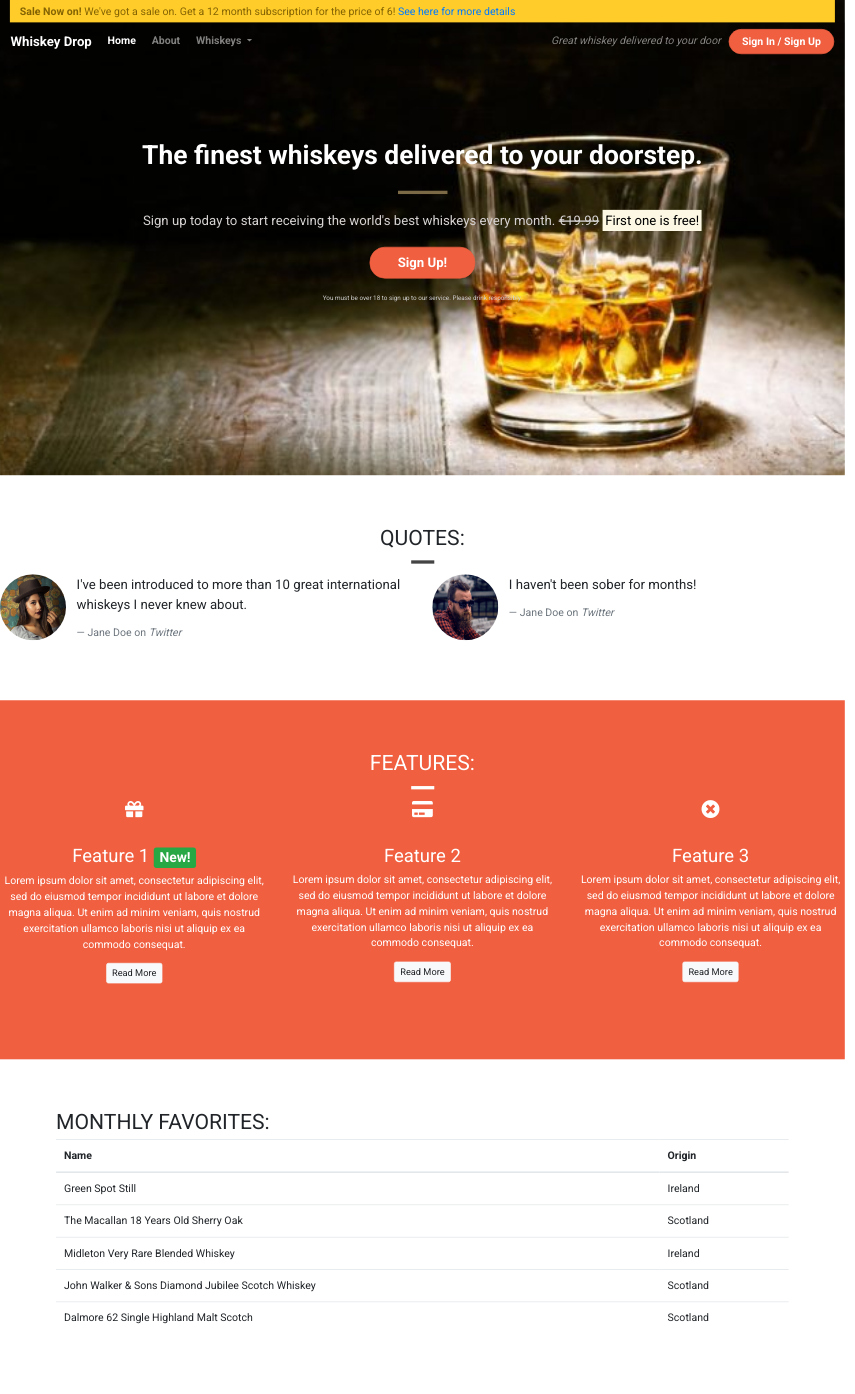
Repository: grisselfaura/BootstrappingYourNextBigIdea-BS4
Page: index.html
The author's editor kept a record of every edit. The page is drawn from the files as they stood at one moment, then again after the next edit.
The browser window is 1280 px wide. The page is 1295 px wide, so the pictures cover 1295 px, including what lies to the right of the window. The pictures show the whole page, at 66% of full size.
Backgrounds fixed to the window are drawn as part of the page. Some web libraries are served in a nearby version.

Above is the page before.

### index.html
<!DOCTYPE html>
<html lang="en-us">

<head>
    <meta charset="utf-8">
    <meta name="viewport" content="width=device-width, initial-scale=1.0">
    <title>Whiskey Drop | Taste a new whiskey every month</title>
    <link rel="stylesheet" href="https://maxcdn.bootstrapcdn.com/bootstrap/4.1.3/css/bootstrap.min.css">
    <link rel="stylesheet" href="https://use.fontawesome.com/releases/v5.6.1/css/all.css" integrity="sha384-gfdkjb5BdAXd+lj+gudLWI+BXq4IuLW5IT+brZEZsLFm++aCMlF1V92rMkPaX4PP" crossorigin="anonymous">
    <link href="https://fonts.googleapis.com/css?family=Roboto:400,700&display=swap" rel="stylesheet">
    <link rel="stylesheet" href="css/style.css" type="text/css" />
</head>

<body>
    <div class="container-fluid navalert-container">
        <div class="container-fluid alert-container">
            <div class="row d-none d-sm-block">
                <div class="col-12">
                    <div class="site-wide-alert alert-warning">
                        <strong>Sale Now on!</strong> We've got a sale on. Get a 12 month subscription for the price of 6! <a href="">See here for more details</a>
                    </div>
                </div>
            </div>
        </div>
        <nav class="navbar navbar-dark navbar-expand-sm">
            <a href="/" class="navbar-brand">Whiskey Drop</a>

            <button class="navbar-toggler ml-auto" type="button" data-toggle="collapse" data-target="#navbarNavDropdown" aria-controls="navbarNavDropdown" aria-expanded="false" aria-label="Toggle navigation">
            <span class="navbar-toggler-icon"></span></button>

            <div class="collapse navbar-collapse" id="navbarNavDropdown">
                <ul class="navbar-nav mr-auto">
                    <li class="active nav-item mr-2"><a class="nav-link" href="/">Home</a></li>
                    <li class="nav-item mr-2"><a class="nav-link" href="">About</a></li>
                    <li class="nav-item dropdown">
                        <a class="nav-link dropdown-toggle" href="#" id="navbarDropdownMenuLink" role="button" data-toggle="dropdown" aria-haspopup="true" aria-expanded="false">
                  Whiskeys
            </a>
                        <div class="dropdown-menu" aria-labelledby="navbarDropdownMenuLink">
                            <a class="dropdown-item" href="#">Irish</a>
                            <a class="dropdown-item" href="#">Scotch</a>
                            <a class="dropdown-item" href="#">Japanese</a>
                            <a class="dropdown-item" href="#">American</a>
                        </div>
                    </li>

                    <li class="nav-item mr-2 d-block d-sm-none"><a class="nav-link" href="">Sign In / Sign Up</a></li>
                </ul>
            </div>
            <div class="d-none d-md-block">
                <p class="navbar-text my-auto mr-2"><i>Great whiskey delivered to your door</i></p>
                <a href="/login" class="btn btn--cta btn--red">Sign In / Sign Up</a>
            </div>
            <!--</div>-->
        </nav>
    </div>
    <!-- Callout -->
    <div class="container-fluid callout-container">
        <div class="opaque-overlay">&nbsp;</div>
        <div class="row">
            <div class="col-12">
                <section class="callout jumbotron text-center">
                    <h1 class="jumbotron-header">The finest whiskeys delivered to your doorstep.</h1>
                    <hr class="block-divider block-divider--orange">

                    <p class="lead">Sign up today to start receiving the world's best whiskeys every month.
                        <s class="d-none d-sm-inline">€19.99</s>
                        <span class="d-inline d-sm-none"><br></span>
                        <strong><mark>First one is free!</mark></strong></p>
                    <p><button class="btn btn-lg btn--cta btn--red" data-toggle="modal" data-target="#signUpModal">Sign Up!</button></p>
                    <p class="text-muted"><small>You must be over 18 to sign up to our service. Please drink responsibly.</small></p>
                </section>
            </div>
        </div>
    </div>
    <!-- /.callout -->

    <!-- Quotes -->
    <div class="container-wrapper">
        <div class="cointainer quotes-container content-container">
            <section class="quotes">
                <div class="row">
                    <div class="col-12 page-header">
                        <h2 class="text-uppercase">Quotes:</h2>
                        <hr class="block-divider block-divider--short">
                    </div>
                </div>
                <div class="row">
                    <div class="col-12 col-md-6">
                        <div class="media">
                            <div class="d-none d-sm-block">
                                <img src="images/girl-image.png" class="rounded-circle mr-3" height=100 width=100>
                            </div>
                            <div class="media-body">
                                <blockquote class="blockquote">
                                    <p>I've been introduced to more than 10 great international whiskeys I never knew about.</p>
                                    <footer class="blockquote-footer">Jane Doe on <cite title="Twitter">Twitter</cite></footer>
                                </blockquote>
                            </div>
                        </div>
                    </div>
                    <div class="col-12 col-md-6">
                        <div class="media">
                            <div class="d-none d-sm-block">
                                <img src="images/guy-image.png" class="rounded-circle mr-3" height=100 width=100>
                            </div>
                            <div class="media-body">
                                <blockquote class="blockquote">
                                    <p>I haven't been sober for months!</p>
                                    <footer class="blockquote-footer">Jane Doe on <cite title="Twitter">Twitter</cite></footer>
                                </blockquote>
                            </div>
                        </div>
                    </div>
                </div>
            </section>
            <!-- /.quotes -->
        </div>
    </div>
    <!-- Features -->
    <div class="container-wrapper container-wrapper--red">
        <div class="cointainer features-container content-container">
            <section class="features">
                <div class="row">
                    <div class="col-12 page-header">
                        <h2 class="text-uppercase">Features:</h2>
                        <hr class="block-divider block-divider--short block-divider--white">
                    </div>
                </div>
                <div class="row">
                    <div class="col-12 col-md-6 col-lg-4">
                        <div class="feature">
                            <h3><i class="fas fa-gift d-none d-sm-block"></i> Feature 1 <span class="badge badge-success">New!</span></h3>
                            <p>Lorem ipsum dolor sit amet, consectetur adipiscing elit, sed do eiusmod tempor incididunt ut labore et dolore magna aliqua. Ut enim ad minim veniam, quis nostrud exercitation ullamco laboris nisi ut aliquip ex ea commodo consequat.</p>
                            <p><a class="btn btn-sm btn-light" href="">Read More</a></p>
                        </div>
                    </div>
                    <div class="col-12 col-md-6 col-lg-4">
                        <div class="feature">
                            <h3><i class="fas fa-credit-card d-none d-sm-block"></i> Feature 2</h3>
                            <p>Lorem ipsum dolor sit amet, consectetur adipiscing elit, sed do eiusmod tempor incididunt ut labore et dolore magna aliqua. Ut enim ad minim veniam, quis nostrud exercitation ullamco laboris nisi ut aliquip ex ea commodo consequat.</p>
                            <p><a class="btn btn-sm btn-light" href="">Read More</a></p>
                        </div>
                    </div>
                    <div class="col-12 d-md-none d-lg-block col-lg-4">
                        <div class="feature">
                            <h3><i class="fas fa-times-circle d-none d-sm-block"></i> Feature 3</h3>
                            <p>Lorem ipsum dolor sit amet, consectetur adipiscing elit, sed do eiusmod tempor incididunt ut labore et dolore magna aliqua. Ut enim ad minim veniam, quis nostrud exercitation ullamco laboris nisi ut aliquip ex ea commodo consequat.</p>
                            <p><a class="btn btn-sm btn-light" href="">Read More</a></p>
                        </div>
                    </div>
                </div>
            </section>
            <!-- /.features -->
        </div>
    </div>

 <!-- Monthly favorites -->
    <div class="container-wrapper">
        <div class="container quotes-container content-container">
            <section class="Monthly favorites">
                <h2 class="text-uppercase">Monthly favorites:</h2>
                <table class="table">
                    <thead>
                        <tr>
                            <th scope="col">Name</th>
                            <th scope="col">Origin</th>
                        </tr>
                    </thead>
                    <tbody>
                        <tr>
                            <td>Green Spot Still</td>
                            <td>Ireland</td>
                        </tr>
                        <tr>
                            <td>The Macallan 18 Years Old Sherry Oak</td>
                            <td>Scotland</td>
                        </tr>
                        <tr>
                            <td>Midleton Very Rare Blended Whiskey</td>
                            <td>Ireland</td>
                        </tr>
                        <tr>
                            <td>John Walker & Sons Diamond Jubilee Scotch Whiskey</td>
                            <td>Scotland</td>
                        </tr>
                        <tr>
                            <td>Dalmore 62 Single Highland Malt Scotch</td>
                            <td>Scotland</td>
                        </tr>
                    </tbody>
                </table>
            </section>
        </div>
    </div>

    <div class="modal" tabindex="-1" role="dialog" id="signUpModal">
        <div class="modal-dialog" role="document">
            <div class="modal-content">
                <div class="modal-header">
                    <h5 class="modal-title">Sign Up To Whiskey Drop!</h5>
                    <button type="button" class="close" data-dismiss="modal" aria-label="Close">
          <span aria-hidden="true">&times;</span>
        </button>
                </div>
                <div class="modal-body">
                    <form>
                        <div class="form-group">
                            <label for="exampleInputEmail1">Email address</label>
                            <input type="email" class="form-control" id="exampleInputEmail1" aria-describedby="emailHelp" placeholder="Enter email">
                            <small id="emailHelp" class="form-text text-muted">We'll never share your email with anyone else.</small>
                        </div>
                        <div class="form-group">
                            <label for="password">Password</label>
                            <input type="password" class="form-control" id="password" placeholder="Password">
                        </div>
                        <div class="form-group">
                            <label for="repeatPassword">Repeat Password</label>
                            <input type="password" class="form-control" id="repeatPassword" placeholder="Repeat Password">
                        </div>
                        <button type="submit" class="btn btn-success">Submit</button>
                    </form>
                </div>
            </div>
        </div>
    </div>

    <script src="https://code.jquery.com/jquery-3.3.1.slim.min.js" integrity="sha384-q8i/X+965DzO0rT7abK41JStQIAqVgRVzpbzo5smXKp4YfRvH+8abtTE1Pi6jizo" crossorigin="anonymous"></script>
    <script src="https://cdnjs.cloudflare.com/ajax/libs/popper.js/1.14.3/umd/popper.min.js" integrity="sha384-ZMP7rVo3mIykV+2+9J3UJ46jBk0WLaUAdn689aCwoqbBJiSnjAK/l8WvCWPIPm49" crossorigin="anonymous"></script>
    <script src="https://stackpath.bootstrapcdn.com/bootstrap/4.1.3/js/bootstrap.min.js" integrity="sha384-ChfqqxuZUCnJSK3+MXmPNIyE6ZbWh2IMqE241rYiqJxyMiZ6OW/JmZQ5stwEULTy" crossorigin="anonymous"></script>
</body>

</html>

### css/style.css
body {
    font-family: 'Roboto', sans-serif;
}

.container-wrapper {}

.container-wrapper--red {
    background-color: #f05f40;
    color: white;
}

.alert-container .col-12{
    padding-left: 0
    padding-right:0;
}

.site-wide-alert {
    border-radius: 0;
    margin-bottom: 0;
    padding: 5px 15px;
    background-color: #ffcc29;
    border-color: #ffcc29;
}

.callout-container {
    height:100vh;
    background: url("../images/Whiskey-background.jpg") no-repeat bottom right fixed;
      -webkit-background-size: cover;
      -moz-background-size: cover;
      -o-background-size: cover;
      background-size: cover;
      display: flex;
      align-items: center;
      justify-content: center;
      position: relative;
}

.opaque-overlay {
    position: absolute;
    top: 0;
    left: 0;
    height: 100%;
    width: 100%
    background-color: rgba(0,0,0,0.5);
}
.quotes-container {}

.features-container {}

/*Page headers*/

.page-header {
    margin bottom: 0;
    border bottom: 0;
    text-align: center;
}

.page-header h2 {
    margin top: 0;
}

/*Block-dividers*/

.block-divider {
    width: 75px;
    height: 5px;
    border: 0;
    background-color: #444;
}

.block-divider--orange {
    background-color: #7c6945;
}

.block-divider--white {
    background-color: white
}

.block-divider--short {
    width: 35px;
}

/*Content containers*/

.content-container {
    padding-top: 75px;
    padding-bottom: 75px;
}

/*Navbar*/

.navalert-container {
    position: absolute;
    top: 0;
    left: 0;
    padding-left: 0;
    padding-right: 0;
    z-index: 1;
}

.navbar {
    margin-bottom: 0;
    border: 0;
    width: 100%;
    background-color: rgba(0,0,0,0.25);
}

.navbar .navbar-toggler {
    border:0;
}

.navbar-brand {
    font-weight: bold;
}

.navbar .navbar-nav a {
    font-weight: bold;
}
/*Jumbotron*/
.jumbotron {
    background-color: transparent;
}

.jumbotron-header {
    color: white;
    font-weight: bold;
    margin-bottom: 30px;
}

.jumbotron .lead {
    margin: 25px;
    color: #d7d3d3;
}

.jumbotron small {
    font-size: 60%;
    font-size: italic;
    color: #d0d0d0;
}

/*Buttons*/
.btn--cta {
    font-weight: bold;
    border-radius: 23px;
    width: 160px;
}

.btn--red {
    color: white;
    background-color: #f05f40;
    border-color:#f05f40;
}

.btn-red:hover,
.btn--red:active,
.btn--red:focus,
.btn--red:active:hover {
    background-color: #c38f84;
    border-color: #c38f84;
}

.feature {
    text-align: center;
    margin-bottom : 40px;
}

.feature i {
    text-align: center;
    margin-bottom : 40px;
}

After the next edit:
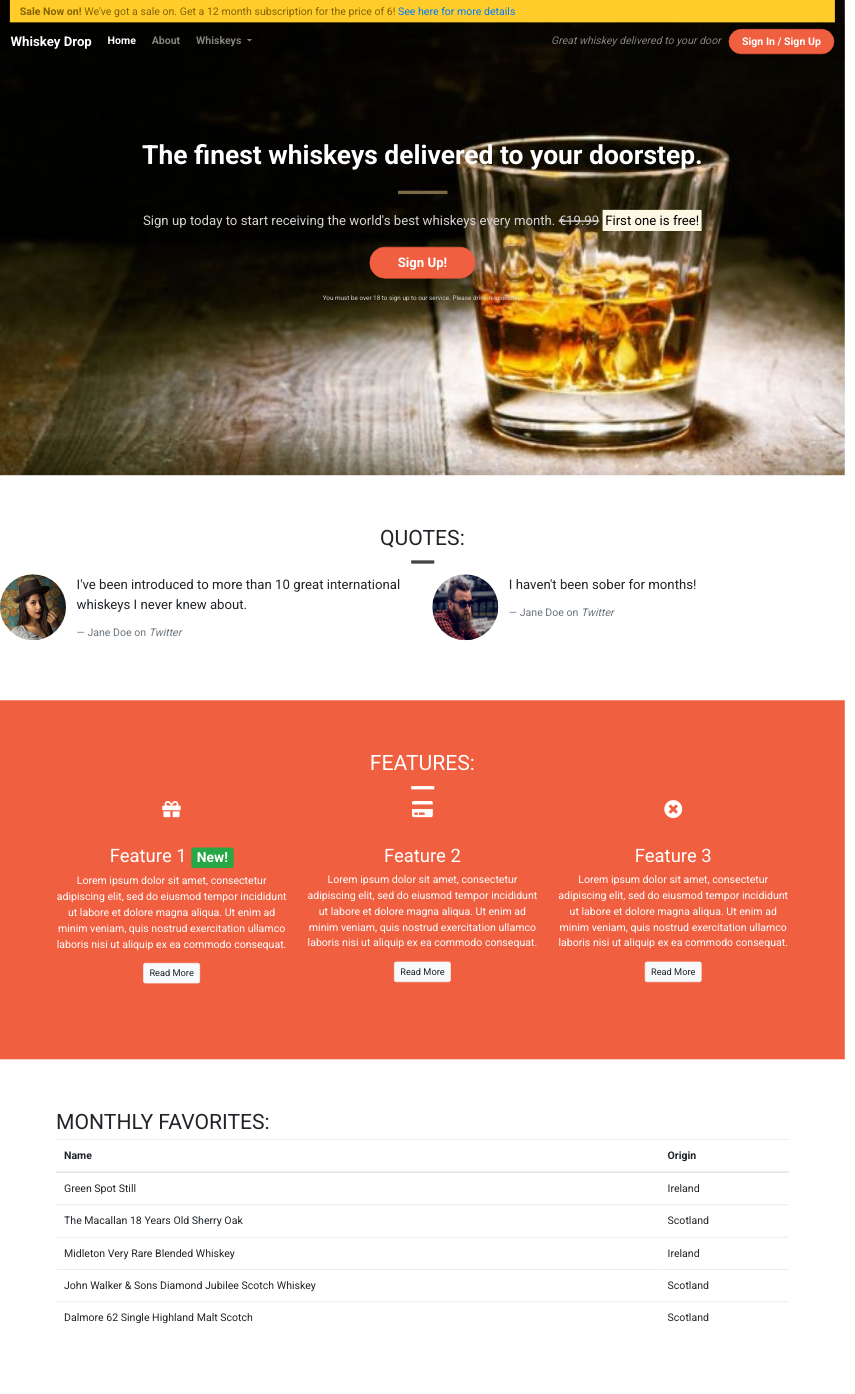
The edit:
--- a/index.html
+++ b/index.html
@@ -119,7 +119,7 @@
     </div>
     <!-- Features -->
     <div class="container-wrapper container-wrapper--red">
-        <div class="cointainer features-container content-container">
+        <div class="container features-container content-container">
             <section class="features">
                 <div class="row">
                     <div class="col-12 page-header">
